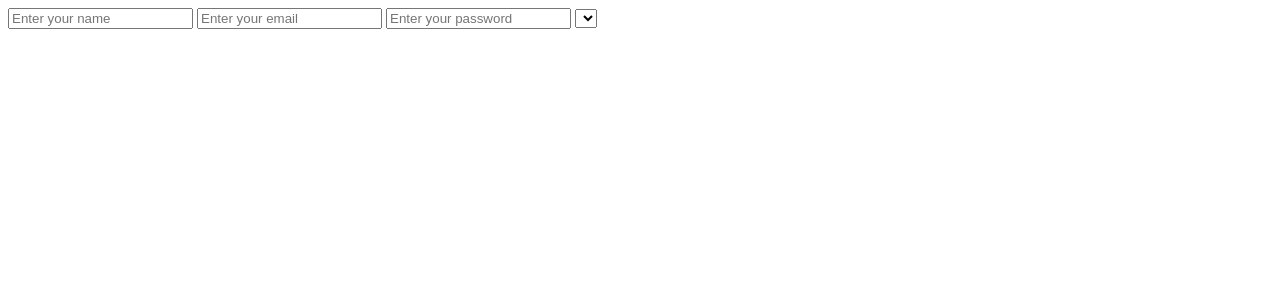
Repository: Mohitkumar1322/FrontendPracticee
Page: FormValidation/index.html
An editor plug-in stored every save of this project. The page is shown before and after a run of saves, followed by the edit.
The browser window is 1280 px wide. The pictures show the whole page.

Above is the page before, as saved 2025-07-20 21:36:12.

### FormValidation/index.html
<!DOCTYPE html>
<html lang="en">
<head>
    <meta charset="UTF-8">
    <meta name="viewport" content="width=device-width, initial-scale=1.0">
    <title>Document</title>
    <link rel="stylesheet" href="style.css">
</head>
<body>
    <form action="">
        <input type="text" placeholder="Enter your name" required>
        <input type="email" placeholder="Enter your email" required>
        <input type="password" placeholder="Enter your password" required>
        <select ></select>
    </form>

    <script src="script.js"></script>
</body>
</html>

Loaded but not shown: FormValidation/style.css (no stored copy; drawn as an empty file); FormValidation/script.js (no stored copy; drawn as an empty file)

After the next 2 saves:
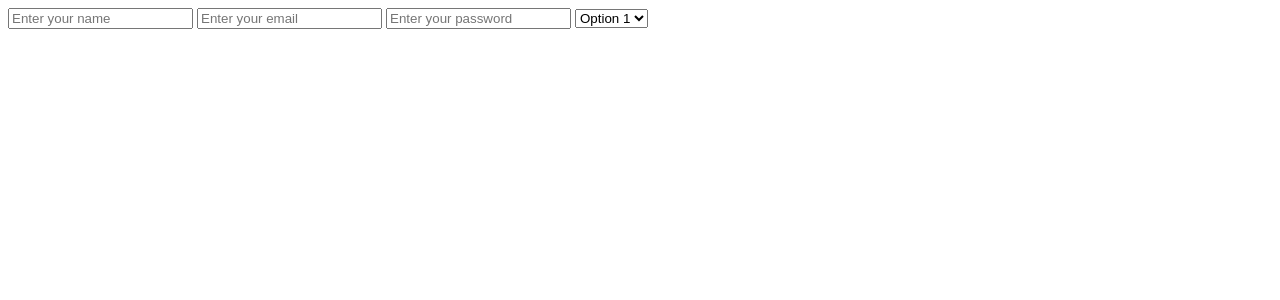
The 2 saves are shown as one change because they came seconds apart.
The last was saved 8 s later.
--- a/FormValidation/index.html
+++ b/FormValidation/index.html
@@ -11,7 +11,11 @@
         <input type="text" placeholder="Enter your name" required>
         <input type="email" placeholder="Enter your email" required>
         <input type="password" placeholder="Enter your password" required>
-        <select ></select>
+        <select >
+            <option value="option1">Option 1</option>
+            <option value="option2">Option 2</option>
+            <option value="option3">Option 3</option>
+        </select>
     </form>
 
     <script src="script.js"></script>
